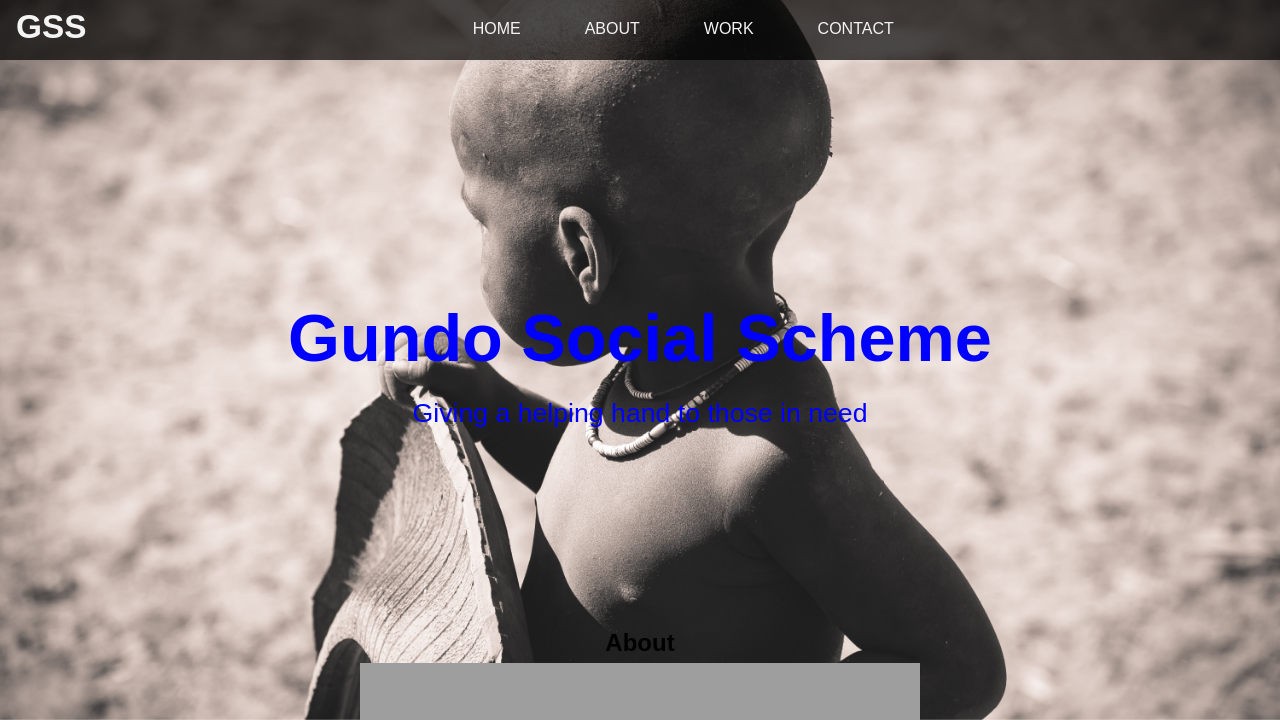
Repository: blessingNtoko/gss-basic_website
Page: index.html
The author's editor kept a copy of each file at every save. The page is drawn from the files as they stood at one save, then again after the next save.
The browser window is 1280 px wide. The pictures show the whole page.
Pictures or frames that could not be fetched are drawn as grey boxes. An inner scrolling area shows only its first screen.

Above is the page before, as saved 2020-05-13 00:02:29.

After the next save:
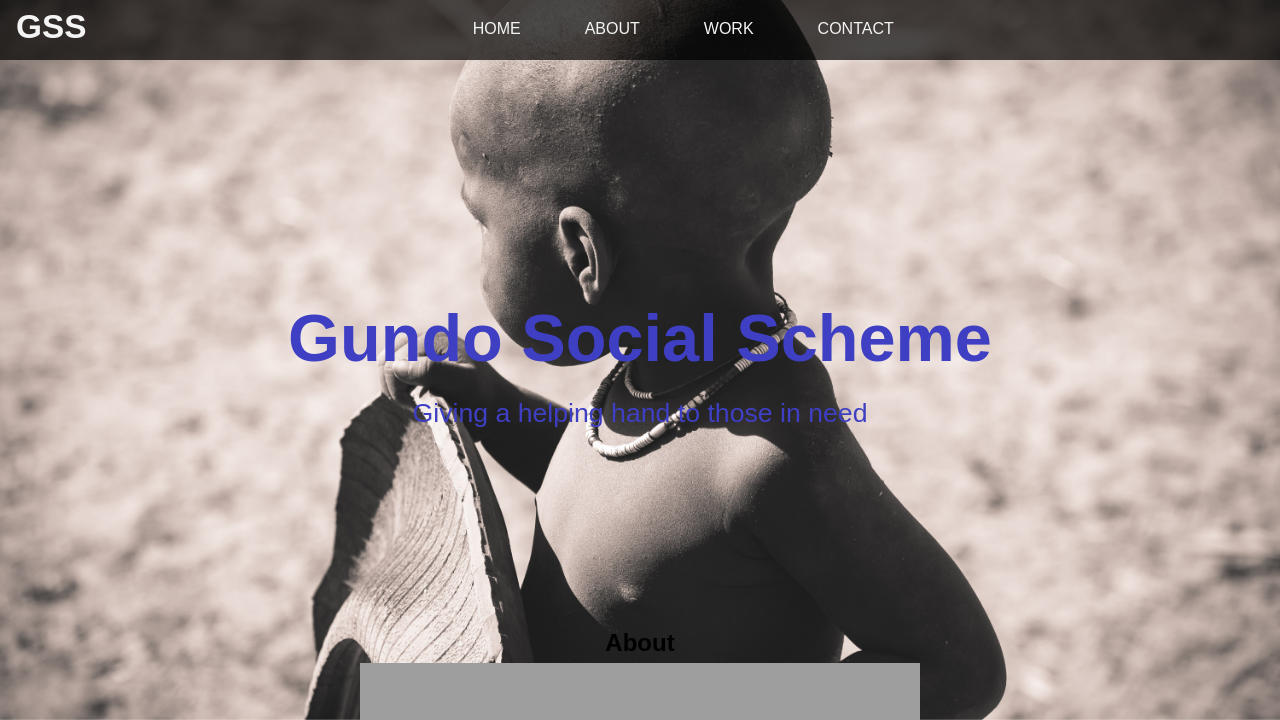
Saved 23 s later.
--- a/style.css
+++ b/style.css
@@ -84,7 +84,7 @@ section {
     background-repeat: no-repeat;
     background-size: cover;
     background-attachment: fixed;
-    color: rgba(0, 0, 255);
+    color: rgb(63, 63, 196);
 }
 
 #home h1 {
